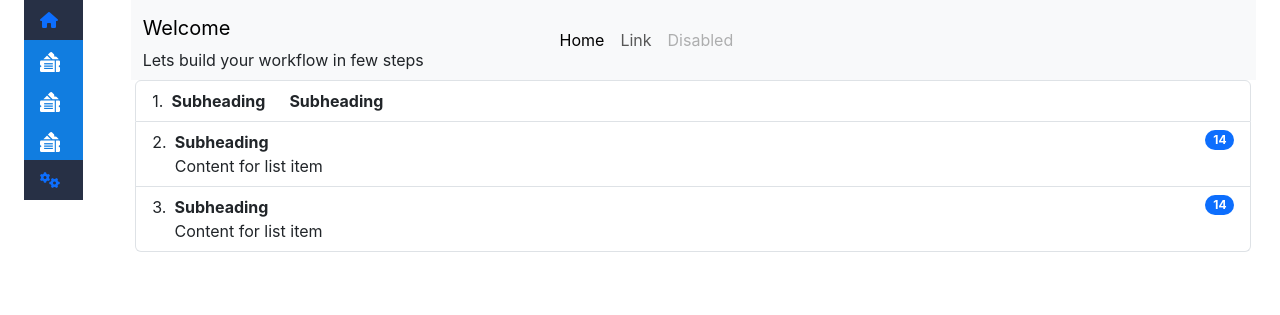
Repository: rishikarajeev/GL_HelpDesk
Page: /showtickets
The author's editor kept a copy of each file at every save. The page is drawn from the files as they stood at one save, then again after the next save.
The browser window is 1280 px wide. The pictures show the whole page.
The project was rebuilt for these pictures with package versions that can differ from the ones it lists, and the page was loaded fresh each time. Also part of the build but not shown: src/App.css, src/Pages/HomePage.jsx.

Above is the page before, as saved 2024-01-08 21:16:13.

### public/index.html
<!DOCTYPE html>
<html lang="en">
  <head>
    <meta charset="utf-8" />
    <link rel="icon" href="%PUBLIC_URL%/favicon.ico" />
    <meta name="viewport" content="width=device-width, initial-scale=1" />
    <meta name="theme-color" content="#000000" />
    <meta
      name="description"
      content="Web site created using create-react-app"
    />
    <link rel="apple-touch-icon" href="%PUBLIC_URL%/logo192.png" />
    <link href="https://cdn.jsdelivr.net/npm/bootstrap@5.3.2/dist/css/bootstrap.min.css" rel="stylesheet" integrity="sha384-T3c6CoIi6uLrA9TneNEoa7RxnatzjcDSCmG1MXxSR1GAsXEV/Dwwykc2MPK8M2HN" crossorigin="anonymous">
   <script src="https://cdn.jsdelivr.net/npm/bootstrap@5.3.2/dist/js/bootstrap.bundle.min.js" integrity="sha384-C6RzsynM9kWDrMNeT87bh95OGNyZPhcTNXj1NW7RuBCsyN/o0jlpcV8Qyq46cDfL" crossorigin="anonymous"></script>
 <!--
      manifest.json provides metadata used when your web app is installed on a
      user's mobile device or desktop. See https://developers.google.com/web/fundamentals/web-app-manifest/
    -->
    <link rel="manifest" href="%PUBLIC_URL%/manifest.json" />
    <!--
      Notice the use of %PUBLIC_URL% in the tags above.
      It will be replaced with the URL of the `public` folder during the build.
      Only files inside the `public` folder can be referenced from the HTML.

      Unlike "/favicon.ico" or "favicon.ico", "%PUBLIC_URL%/favicon.ico" will
      work correctly both with client-side routing and a non-root public URL.
      Learn how to configure a non-root public URL by running `npm run build`.
    -->
    <title>React App</title>
  </head>
  <body>
    <noscript>You need to enable JavaScript to run this app.</noscript>
    <div id="root"></div>
    <!--
      This HTML file is a template.
      If you open it directly in the browser, you will see an empty page.

      You can add webfonts, meta tags, or analytics to this file.
      The build step will place the bundled scripts into the <body> tag.

      To begin the development, run `npm start` or `yarn start`.
      To create a production bundle, use `npm run build` or `yarn build`.
    -->
  </body>
</html>

### src/App.js
import logo from "./logo.svg";
import "./App.css";
import { BrowserRouter,Route,Routes } from "react-router-dom";
import ViewTickets from "./Pages/ViewTickets";
import HomePage from "./Pages/HomePage";
import SideBar from "./Components/SideBar";
import { Container, Row, Col } from "react-bootstrap";
import Header from "./Components/Header";

function App() {
  return (
    <BrowserRouter>
<Container fluid>
     <Row>
          <Col xl={1} >
            <SideBar />
            </Col>
            <Col xl={11}>
            <Header/>
            <Routes>
              <Route path="/" element={<HomePage />}></Route>
              <Route path="/showtickets" element={<ViewTickets />}></Route>
            </Routes>
            </Col>



         </Row>
       </Container>


    </BrowserRouter>
  );
}

export default App;

### src/Pages/ViewTickets.jsx
import React from 'react'

import "../Assets/Css/Styles.css"

function ViewTickets() {
  return (
    <div className='container'>


  <ol class="list-group list-group-numbered">
  <li class="list-group-item d-flex justify-content-between align-items-start">
  <div class="ms-2 me-auto">
  <div className='row'>
  <div className='col'>
  <div class="fw-bold">Subheading</div>
  </div>
  <div className='col'>
  <div class="fw-bold">Subheading</div>
    </div>
</div>
</div>
  </li>
  <li class="list-group-item d-flex justify-content-between align-items-start">
    <div class="ms-2 me-auto">
      <div class="fw-bold">Subheading</div>
      Content for list item
    </div>
    <span class="badge bg-primary rounded-pill">14</span>
  </li>
  <li class="list-group-item d-flex justify-content-between align-items-start">
    <div class="ms-2 me-auto">
      <div class="fw-bold">Subheading</div>
      Content for list item
    </div>
    <span class="badge bg-primary rounded-pill">14</span>
  </li>
</ol>
</div>

  )
}

export default ViewTickets

### src/Components/SideBar.jsx
import React from "react";

import "@fortawesome/fontawesome-free/css/all.min.css";
import ticketIcon from "../Assets//Images/Layer_1.png"
import  "../Assets/Css/Styles.css"

function SideBar() {
  return (
    <div class="container-fluid  ">
      <div class="row">
        <nav id="sidebar" class=" sidebar  ">
          <div class="position-sticky sideBg">
            <ul class="nav flex-column">
              <li class="nav-item">
                <a class="nav-link active" href="/">
                  <i class="fas fa-home"></i>
                </a>
              </li>
              <li class="nav-item  selectedColor" >
              <a className="nav-link active" href="/showtickets">
              <img src={ticketIcon} alt="Home Icon" className="icon" />
              </a>
              </li>
              <li class="nav-item  selectedColor" >
              <a className="nav-link active" href="#">
              <img src={ticketIcon} alt="Home Icon" className="icon" />
              </a>
              </li>
              <li class="nav-item  selectedColor" >
              <a className="nav-link active" href="#">
              <img src={ticketIcon} alt="Home Icon" className="icon" />
              </a>
              </li>
              <li class="nav-item">
                <a class="nav-link" href="#">
                  <i class="fas fa-cogs"></i>
                </a>
              </li>
            </ul>
          </div>
        </nav>
      </div>
    </div>
  );
}

export default SideBar;

### src/Components/Header.jsx
import React from 'react'

function Header() {
  return (
    <div class="container-fluid">
    <nav class="navbar navbar-expand-lg bg-body-tertiary">
    <div class="container-fluid">
      <button class="navbar-toggler" type="button" data-bs-toggle="collapse" data-bs-target="#navbarTogglerDemo03" aria-controls="navbarTogglerDemo03" aria-expanded="false" aria-label="Toggle navigation">
        <span class="navbar-toggler-icon"></span>
      </button>
      <div className='row'>
      <a class="navbar-brand" href="#">Welcome </a>
      <span>Lets build your workflow in few steps</span>
      </div>
      <div class="collapse navbar-collapse" id="navbarTogglerDemo03">
        <ul class="navbar-nav me-auto mb-2 mb-lg-0 align-items-end">
          <li class="nav-item">
            <a class="nav-link active" aria-current="page" href="">Home</a>
          </li>
          <li class="nav-item">
            <a class="nav-link" href="#">Link</a>
          </li>
          <li class="nav-item">
            <a class="nav-link disabled" aria-disabled="true">Disabled</a>
          </li>
        </ul>

      </div>
    </div>
  </nav>
  </div>
  )
}

export default Header

### src/Assets/Css/Styles.css
.sideBg{
    background-color:  #273045;
}
.selectedColor{
    background-color:  #117DE0;

}
.bgColor{
    background-color:  #EFEFEF;

}

Loaded but not shown: src/index.js (common file); src/index.css (common file); src/reportWebVitals.js (common file)

After the next save:
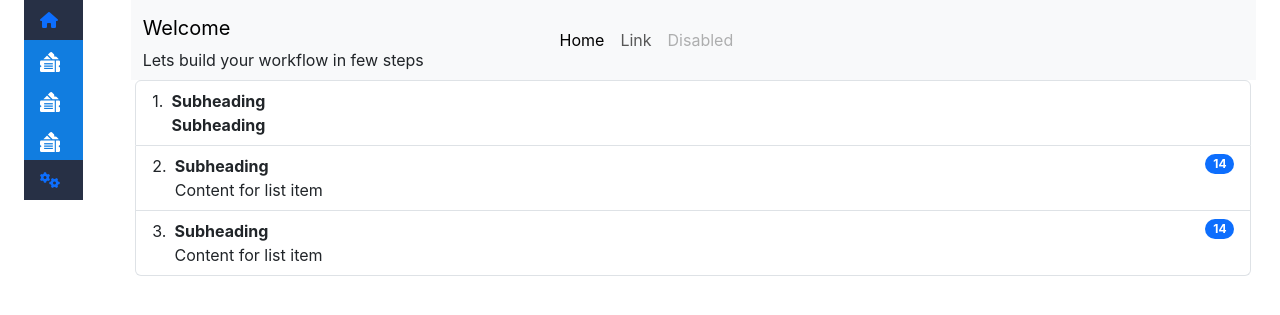
Saved 53 s later.
--- a/src/Pages/ViewTickets.jsx
+++ b/src/Pages/ViewTickets.jsx
@@ -11,7 +11,7 @@ function ViewTickets() {
   <li class="list-group-item d-flex justify-content-between align-items-start">
   <div class="ms-2 me-auto">
   <div className='row'>
-  <div className='col'>
+  <div className='col-'>
   <div class="fw-bold">Subheading</div>
   </div>
   <div className='col'>
